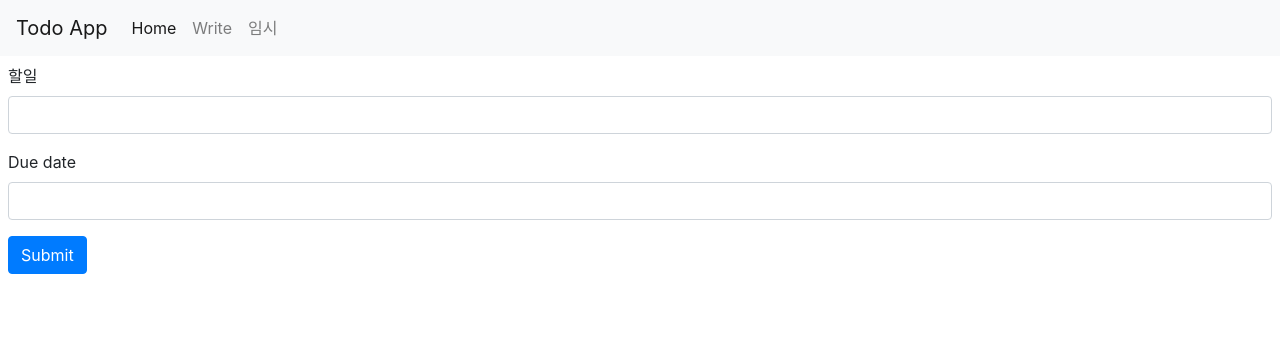
Repository: songeunleee/TodoApp
Page: write.html
An editor plug-in stored every save of this project. The page is shown before and after the next save, followed by the edit.
The browser window is 1280 px wide. The pictures show the whole page.

Above is the page before, as saved 2023-04-14 01:30:54.

After the next save:
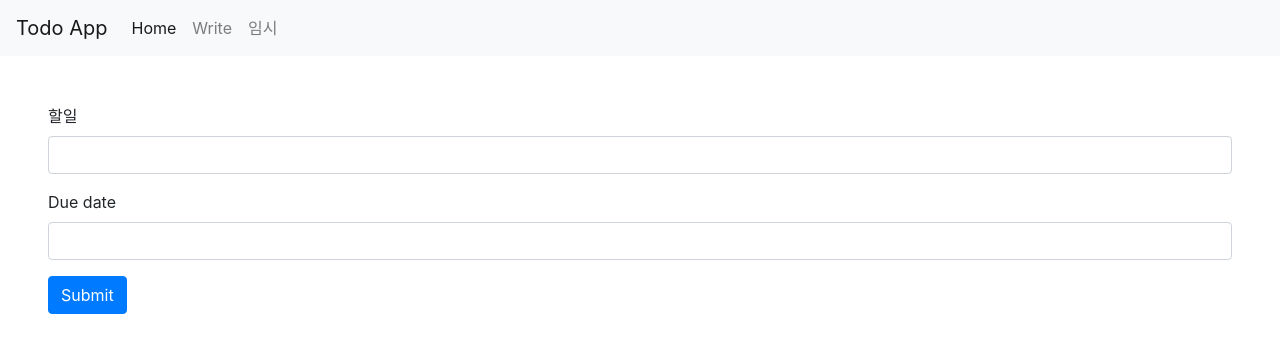
Saved 6 s later.
--- a/write.html
+++ b/write.html
@@ -33,7 +33,7 @@
         </div>
       </nav>
 
-      <form class="m-2">
+      <form class="m-5">
         <div class="form-group">
           <label for="exampleInputEmail1">할일</label>
           <input type="email" class="form-control" id="exampleInputEmail1" aria-describedby="emailHelp">
